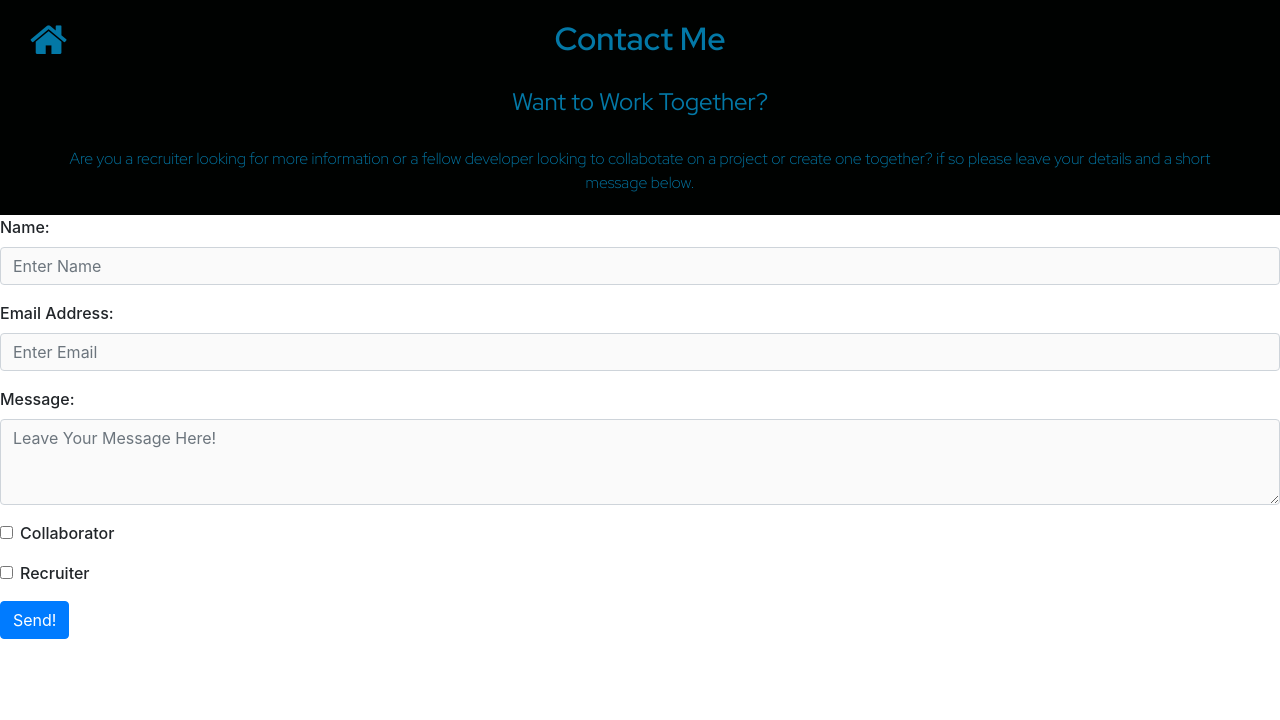
Repository: Brad000/Resume-project
Page: contact.html
The author's editor kept a record of every edit. The page is drawn from the files as they stood at one moment, then again after the next edit.
The browser window is 1280 px wide. The pictures show the whole page.

Above is the page before.

### contact.html
<!DOCTYPE html>
<html lang="en">

<head>
    <meta charset="UTF-8">
    <meta name="viewport" content="width=device-width, initial-scale=1.0">
    <meta http-equiv="X-UA-Compatible" content="ie=edge">
    <link rel="stylesheet" href="https://stackpath.bootstrapcdn.com/bootstrap/4.3.1/css/bootstrap.min.css" type="text/css" />
    <link rel="stylesheet" href="https://stackpath.bootstrapcdn.com/font-awesome/4.7.0/css/font-awesome.min.css" type="text/css" />
    <link rel="stylesheet" href="assets/css/style.css" type="text/css" />
    <link rel="stylesheet" href="https://cdnjs.cloudflare.com/ajax/libs/hover.css/2.3.1/css/hover-min.css" type="text/css" />
    <title>Bradley Best - Full Stack Web Developer</title>
</head>

<body>
    <div class="row no-gutters">
        <div class="col-12">
            <a id="contact-home" href="index.html"><i class="fa fa-home"></i></a>
            <h2 class="contact-heading">Contact Me</h2>
        </div>
    </div>
    <div class="row no-gutters">
        <div class="col-12">
            <h4 class="contact-sub">Want to Work Together?</h4>
            <p class="contact-para">Are you a recruiter looking for more information or a fellow developer looking to collabotate on a project or create one together? if so please leave your details and a short message below.</p>
        </div>
    </div>
    <form>
        <div class="form-group">
            <label for="Name">Name:</label>
            <input type="text" class="form-control" id="Name" aria-describedby="nameHelp" placeholder="Enter Name" required>
        </div>
        <div class="form-group">
            <label for="Email1">Email Address:</label>
            <input type="email" class="form-control" id="Email" placeholder="Enter Email" required>
        </div>
        <div class="form-group">
            <label for="Messagearea">Message:</label>
            <textarea class="form-control" id="exampleFormControlTextarea1" rows="3" placeholder="Leave Your Message Here!" required></textarea>
        </div>
        <div class="form-group form-check">
            <input type="checkbox" class="form-check-input" id="Check-collaborator">
            <label class="form-check-label" for="Check-collaborator">Collaborator</label>

        </div>
        <div class="form-group form-check">
            <input type="checkbox" class="form-check-input" id="Check-recruiter">
            <label class="form-check-label" for="Check-recruiter">Recruiter</label>
        </div>
        <button type="submit" class="btn btn-primary">Send!</button>
    </form>
</body>

</html>

### assets/css/style.css
@import url('https://fonts.googleapis.com/css?family=Red+Hat+Display:100,200,300,400,500,600,700');

/*-------------------Nav----------------------*/

.background {
  height: 100vh;
  width: 100%;
}

.nav-item {
  height: 70px;
  background-color: #000201;
  text-align: center;
  padding: 0;
}

.fa-home,
.fa-user,
.fa-archive,
.fa-briefcase {
  font-size: 25px;
  color: #0378A6;
  padding: 10px;
}

#nav-text {
  font-family: 'Red Hat Display', sans-serif;
  font-size: 12px;
  font-weight: 600;
  color: #0378A6;
  opacity: 1;
  cursor: pointer;
  text-decoration: none;
  transition: opacity 0.5s ease-in-out;
  -moz-transition: opacity 0.5s ease-in-out;
  -webkit-transition: opacity 0.5s ease-in-out;
  -o-transition: opacity 0.5s ease-in-out;
}

#nav-text:hover {
  opacity: 1;
}

#nav-link {
  text-decoration: none;
}

.landing-name {
  position: absolute;
  margin: 0;
  top: 40%;
  left: 50%;
  transform: translate(-50%, -50%);
  color: #fafafa;
  font-family: 'Red Hat Display', sans-serif;
  font-weight: 100;
  font-size: 26px;
}

.landing-text {
  position: absolute;
  top: 50%;
  left: 50%;
  transform: translate(-50%, -50%);
  color: #fafafa;
  font-family: 'Red Hat Display', sans-serif;
  font-weight: 400;
  font-size: 14px;
}


/*-------------------About Me-----------------*/

.about-me-container {
  background-color: #0378A6;
}

.about-me-text {
  padding-left: 15px;
  padding-right: 15px;
  font-family: 'Red Hat Display', sans-serif;
  color: #fafafa;
}

.main-headings {
  padding-top: 10px;
  padding-bottom: 25px;
  text-align: center;
  font-weight: 600;
  font-size: 40px;
}

.headings {
  padding-bottom: 10px;
  font-size: 25px;
  font-weight: 300;
}

.about-me-para {
  padding-bottom: 5px;
  font-size: 16px;
  line-height: 1.8em;
  font-weight: 100;
}

/*-------------------Skills-------------------*/

.skills-container {
  background-color: #fafafa
}

.skills-text {
  font-family: 'Red Hat Display', sans-serif;
  color: #0378a6;
  padding-left: 15px;
  padding-right: 15px;
}

.skills-heading {
  text-align: left;
  color: #0378a6;
  font-size: 25px;
  font-weight: 500;
  padding-top: 10px;
}

.fa-desktop,
.fa-cog,
.fa-book {
  padding-right: 10px;
  font-size: 28px;
}

.skills-para {
  padding-bottom: 30px;
  font-size: 16px;
  line-height: 1.8em;
  font-weight: 400;
}

@keyframes load {
  from {
    width: 0%
  }
}

@-webkit-keyframes load {
  from {
    width: 0%
  }
}

@-moz-keyframes load {
  from {
    width: 0%
  }
}

@-o-keyframes load {
  from {
    width: 0%
  }
}

.bar {
  background-color: #5f6366;
  padding: 0;
  border-radius: 5px;
  margin-bottom: 20px;
  font-size: 14px;
  color: #5f6366;
  font-weight: 300;
  font-family: 'Red Hat Display', sans-serif;
  text-shadow: 1px 1px 1px rgba(0, 0, 0, 0.5);
  margin-left: 20px;
  margin-right: 20px;
}

.bar::before {
  content: attr(data-skill);
  background-color: #04C4D9;
  display: inline-block;
  padding: 5px 0 5px 10px;
  border-radius: inherit;
  animation: load 2s 0s;
  -webkit-animation: load 2s 0s;
  -moz-animation: load 2s 0s;
  -o-animation: load 2s 0s;
}

.bar.front::before {
  background-color: #90ccf4;
}

.bar.back::before {
  background-color: #5da2d5;
}

.bar.learning::before {
  background-color: #f78888;
}

.bar.learning::before {
  width: calc(20% - 10px);
}

.bar.basic::before {
  width: calc(40% - 10px);
}

.bar.intermediate::before {
  width: calc(60% - 10px);
}

.bar.advanced::before {
  width: calc(70% - 10px);
}

.bar.expert::before {
  width: calc(90% - 10px);
}

/*---------------Work History------------------*/

.work-history-container {
  background-color: #fafafa
}

.work-headings {
  font-family: 'Red Hat Display', sans-serif;
  color: #0378a6;
  padding-left: 15px;
  padding-right: 15px;
}

.timeline-item {
  padding: 4em 2em 0em 2em;
  position: relative;
  color: #0378a6;
  border-left: 3px solid;
  margin-left: 30px;
  font-family: 'Red Hat Display', sans-serif;
}

.timeline-item p {
  padding: 0;
  margin: 0;
}

.timeline-item:before {
  content: attr(data-dates);
  position: absolute;
  left: 2.5em;
  top: 3em;
  display: block;
  font-family: 'Red Hat Display', sans-serif;
  font-weight: 500;
  font-size: 0.8em;
  padding: 0;
  margin: 0;
}

.timeline-item:after {
  width: 14px;
  height: 14px;
  display: block;
  top: 2.4em;
  position: absolute;
  left: -8px;
  border-radius: 12px;
  content: ' ';
  background: #0378a6;
}

.history-items {
  margin-bottom: 55px;
}

#work-link {
  color: #0378a6;
}

/*-------------------Why Web-------------------*/

.why-web-container {
  background-color: #0378A6;
}

.why-headings {
  padding-left: 15px;
  padding-right: 15px;
  padding-bottom: 65px;
  font-family: 'Red Hat Display', sans-serif;
  color: #fafafa;
}

.why-para {
  font-family: 'Red Hat Display', sans-serif;
  padding-left: 20px;
  padding-right: 20px;
  padding-bottom: 5px;
  font-size: 18px;
  line-height: 1.9em;
  font-weight: 100;
  color: #fafafa;
}

.quote {
  font-family: 'Red Hat Display', sans-serif;
  font-size: 18px;
  line-height: 1.8em;
  font-weight: 600;
  color: #fafafa;
  padding-bottom: 5px;
  padding-top: 70px;
  padding-left: 20px;
  padding-right: 20px;
}

/*---------------Project Portfolio------------*/

.project-heading {
  font-family: 'Red Hat Display', sans-serif;
  color: #0378A6;
  padding-bottom: 40px;
}

.card-deck {
  margin: 0;
  padding-bottom: 20px;
  padding-left: 10px;
  padding-right: 10px;
  font-family: 'Red Hat Display', sans-serif;
  color: #0378a6;
}

.card-title {
  font-size: 24px;
  font-weight: 500;
}

.card-text {
  font-size: 18px;
  font-weight: 400;
}

.card-img-top {
  max-height: 190px;
}

.project-bg {
  background-color: #000201;
}

.card {
  background-color: transparent;
  border: 3px solid #04c4d9;
  opacity: 0.9;
   transition: opacity 0.5s ease-in-out;
  -moz-transition: opacity 0.5s ease-in-out;
  -webkit-transition: opacity 0.5s ease-in-out;
  -o-transition: opacity 0.5s ease-in-out;
}

.card-button {
  background-color: #000201;
  color: #04c4d9;
  font-weight: 500;
  border: 2px solid #04c4d9;
}

.card-button:hover {
  background-color: #04c4d9;
  color: #000201;
  border: 2px solid #000201;
}

.card:hover {
  opacity: 1;
}

/*-------------------Contact Me-------------------*/

.contact-heading {
  font-family: 'Red Hat Display', sans-serif;
  text-align: center;
  font-weight: 600;
  color: #0378a6;
  background-color: #000201;
  padding-top: 20px;
  padding-bottom: 20px;
  margin-bottom: 0;

}

#contact-home {
  position: absolute;
  padding-top: 15px;
  padding-bottom: 15px;
  padding-left: 25px;
  padding-right: 25px;
}

.contact-sub {
  font-family: 'Red Hat Display', sans-serif;
  text-align: center;
  font-weight: 400;
  color: #0378a6;
  background-color: #000201;
  padding-top: 10px;
  padding-bottom: 10px;
  margin-bottom: 0;
}

.contact-para {
  font-family: 'Red Hat Display', sans-serif;
  text-align: center;
  font-weight: 300;
  color: #0378a6;
  background-color: #000201;
  padding-top: 20px;
  padding-left: 50px;
  padding-right: 50px;
  padding-bottom: 20px;
  margin-bottom: 0;
}

.form-style {
  padding-top: 40px;
  padding-left: 50px;
  padding-right: 50px;
  padding-bottom: 40px;
  font-family: 'Red Hat Display', sans-serif;
  background-color: #0378a6;
}

.form-group {
  font-weight: 500;
}

.form-control {
  background-color: #fafafa
}

.form-button {
  background-color: #000201;
  color: #0378a6;
  font-weight: 500;
  font-size: 18px;
  border: 0;
  transition: color 0.5s ease-in-out;
  -moz-transition: color 0.5s ease-in-out;
  -webkit-transition: color 0.5s ease-in-out;
  -o-transition: color 0.5s ease-in-out;
}

.form-button:hover {
  color: #fafafa;
  background-color: #000201;
}

/*-------------------Footer-------------------*/

footer {
  background-color: #000201;
  color: #0378A6;
  min-height: 120px;
  margin: 0;
  font-size: 18px;
  font-family: 'Red Hat Display', sans-serif;
  font-weight: 300;

}

.sub-headings {
  padding-top: 10px;
  text-decoration: underline;
}

.contact-button {
  width: 130px;
  border: 0;
  height: 40px;
  margin-left: 0;
  margin-top: 10px;
  margin-bottom: 10px;
  text-align: center;
  font-size: 18px;
  color: #fafafa;
  background: #474b4f;
  transition: background 0.5s ease-in-out;
  -moz-transition: background 0.5s ease-in-out;
  -webkit-transition: background 0.5s ease-in-out;
  -o-transition: background 0.5s ease-in-out;
}

.contact-button:hover {
  background-color: #04C4D9;
}

.personal-info-text {
  margin: 0;
  font-size: 14px;
  font-weight: 200;
}

.cv-link {
  margin-left: 5px;
  font-size: 16px;
  color: #0378A6;
  transition: color 0.5s ease-in-out;
  -moz-transition: color 0.5s ease-in-out;
  -webkit-transition: color 0.5s ease-in-out;
  -o-transition: color 0.5s ease-in-out;
}

.cv-link:hover {
  color: #025E73;
  cursor: pointer;
}

.social-links a {
  color: #474b4f;
  font-size: 35px;
  padding: 5px;
  transition: color 0.5s ease-in-out;
  -moz-transition: color 0.5s ease-in-out;
  -webkit-transition: color 0.5s ease-in-out;
  -o-transition: color 0.5s ease-in-out;
}

.social-links a:hover {
  color: #04C4D9;
}

/*----------------Media Queries---------------*/

@media(min-width: 575px) {
  .contact-button {
    margin-top: 40px;
    margin-left: 20px;
  }
}

@media(min-width: 575px) {
  .fa-home,
  .fa-user,
  .fa-archive,
  .fa-briefcase {
    font-size: 40px;
    padding: 5px;
  }
}

@media(min-width: 575px) {
  #nav-text {
    opacity: 0;
    font-size: 14px;
  }
}

@media(min-width: 374px) {
  .landing-name {
    font-size: 33px;
  }
  .landing-text {
    font-size: 16px;
  }
}

@media(min-width: 767px) {
  .landing-name {
    font-size: 60px;
    padding-bottom: 15px;
  }
  .landing-text {
    font-size: 30px;
  }
}

@media(min-width: 1024px) {
  .landing-name {
    font-size: 80px;
  }
  .landing-text {
    font-size: 40px;
  }
}

@media(min-width: 1024px) {
  .card-img-top {
    min-height: 270px;
  }
}

@media(min-width: 1025px) {
  .card {
    opacity: 0.3;
  }
}

@media(min-width: 1025px) {
  .form-style {
    padding-left: 150px;
    padding-right: 150px;
  }
}

After the next edit:
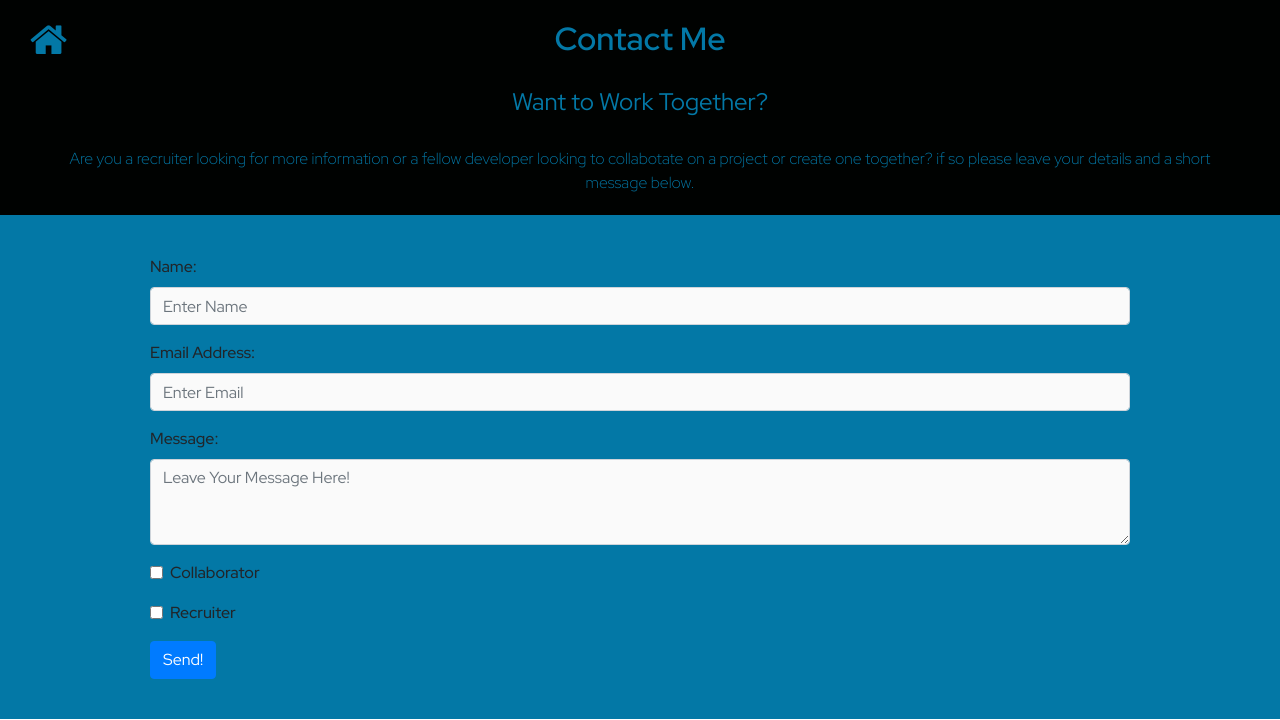
The edit:
--- a/contact.html
+++ b/contact.html
@@ -25,7 +25,7 @@
             <p class="contact-para">Are you a recruiter looking for more information or a fellow developer looking to collabotate on a project or create one together? if so please leave your details and a short message below.</p>
         </div>
     </div>
-    <form>
+    <form class="form-style">
         <div class="form-group">
             <label for="Name">Name:</label>
             <input type="text" class="form-control" id="Name" aria-describedby="nameHelp" placeholder="Enter Name" required>
